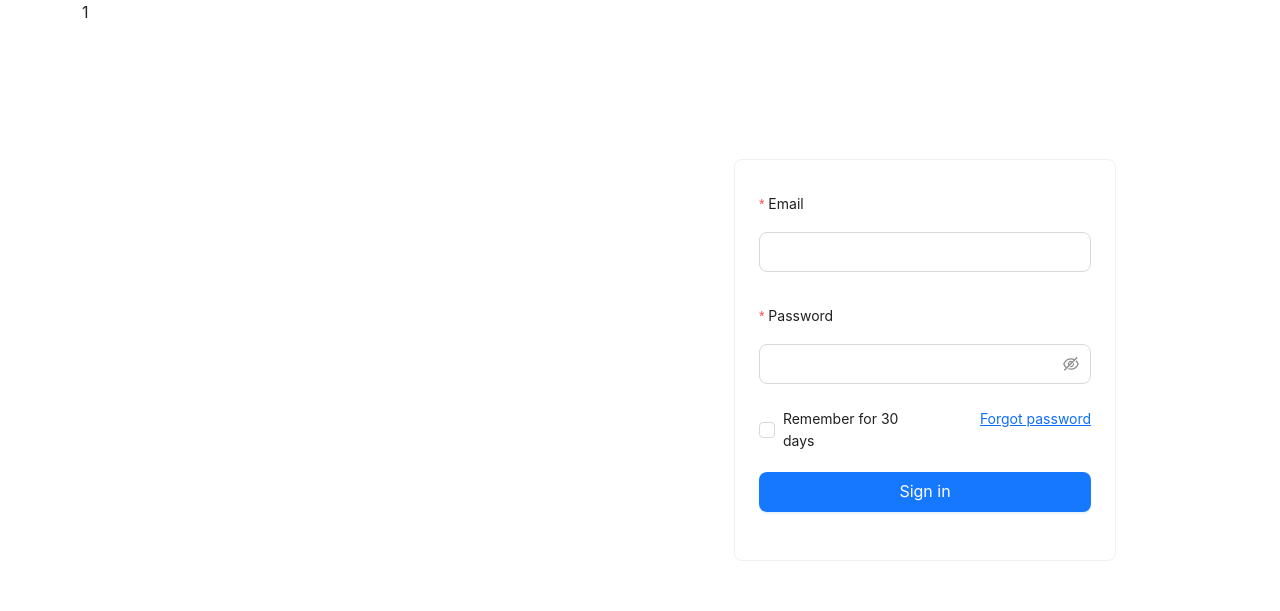
Repository: di-huynh-dev/kanban-inventory-management
Page: /
These files come from the project's save history. The page is drawn as it stood at one moment and after the next save; the edit follows.
The browser window is 1280 px wide. The pictures show the whole page.
The project was rebuilt for these pictures with package versions that can differ from the ones it lists, and the page was loaded fresh each time. Also part of the build but not shown: src/App.css, src/pages/auth/SignUp.tsx, src/routers/MainRouter.tsx.

Above is the page before, as saved 2024-09-07 12:15:09.

### public/index.html
<!DOCTYPE html>
<html lang="en">
  <head>
    <meta charset="utf-8" />
    <link rel="icon" href="%PUBLIC_URL%/favicon.ico" />
    <meta name="viewport" content="width=device-width, initial-scale=1" />
    <meta name="theme-color" content="#000000" />
    <meta
      name="description"
      content="Web site created using create-react-app"
    />
    <link rel="apple-touch-icon" href="%PUBLIC_URL%/logo192.png" />
    <link
      rel="stylesheet"
      href="https://cdn.jsdelivr.net/npm/bootstrap@5.3.2/dist/css/bootstrap.min.css"
      integrity="sha384-T3c6CoIi6uLrA9TneNEoa7RxnatzjcDSCmG1MXxSR1GAsXEV/Dwwykc2MPK8M2HN"
      crossorigin="anonymous"
    />
    <!--
      manifest.json provides metadata used when your web app is installed on a
      user's mobile device or desktop. See https://developers.google.com/web/fundamentals/web-app-manifest/
    -->
    <link rel="manifest" href="%PUBLIC_URL%/manifest.json" />
    <!--
      Notice the use of %PUBLIC_URL% in the tags above.
      It will be replaced with the URL of the `public` folder during the build.
      Only files inside the `public` folder can be referenced from the HTML.

      Unlike "/favicon.ico" or "favicon.ico", "%PUBLIC_URL%/favicon.ico" will
      work correctly both with client-side routing and a non-root public URL.
      Learn how to configure a non-root public URL by running `npm run build`.
    -->
    <title>React App</title>
  </head>
  <body>
    <noscript>You need to enable JavaScript to run this app.</noscript>
    <div id="root"></div>
    <!--
      This HTML file is a template.
      If you open it directly in the browser, you will see an empty page.

      You can add webfonts, meta tags, or analytics to this file.
      The build step will place the bundled scripts into the <body> tag.

      To begin the development, run `npm start` or `yarn start`.
      To create a production bundle, use `npm run build` or `yarn build`.
    -->
  </body>
</html>

### src/index.css
body {
  margin: 0;
  font-family: -apple-system, BlinkMacSystemFont, 'Segoe UI', 'Roboto', 'Oxygen', 'Ubuntu', 'Cantarell', 'Fira Sans',
    'Droid Sans', 'Helvetica Neue', sans-serif;
  -webkit-font-smoothing: antialiased;
  -moz-osx-font-smoothing: grayscale;
}

code {
  font-family: source-code-pro, Menlo, Monaco, Consolas, 'Courier New', monospace;
}

.content-center {
  height: 100vh;
  justify-content: center;
  align-items: center;
  display: flex;
}

.content-right {
  text-align: right;
}

### src/App.tsx
import './App.css'
import Routers from './routers/Routers'

function App() {
  return <Routers />
}

export default App

### src/routers/Routers.tsx
import AuthRouter from './AuthRouter'
import MainRouter from './MainRouter'

const Routers = () => {
  return 1 < 2 ? <AuthRouter></AuthRouter> : <MainRouter></MainRouter>
}

export default Routers

### src/routers/AuthRouter.tsx
import { createBrowserRouter, RouterProvider } from 'react-router-dom'
import { LoginPage, SignUpPage } from '../pages'

const authRouter = createBrowserRouter([
  {
    path: '/',
    element: <LoginPage></LoginPage>,
  },
  {
    path: '/sign-up',
    element: <SignUpPage></SignUpPage>,
  },
])
const AuthRouter = () => {
  return (
    <div className="container">
      <div className="row">
        <div className="col">1</div>
        <div className="col content-center">
          <RouterProvider router={authRouter} />
        </div>
      </div>
    </div>
  )
}

export default AuthRouter

### src/pages/index.ts
import LoginPage from './auth/Login'
import SignUpPage from './auth/SignUp'

export { LoginPage, SignUpPage }

### src/pages/auth/Login.tsx
import type { FormProps } from 'antd'
import { Button, Card, Checkbox, Flex, Form, Input } from 'antd'
import { useState } from 'react'
import { Link } from 'react-router-dom'

type FieldType = {
  email?: string
  password?: string
  remember?: string
}

const LoginPage = () => {
  const [isLoading, setIsLoading] = useState(false)
  const [isRemember, setIsRemember] = useState(false)

  const onFinish: FormProps<FieldType>['onFinish'] = (values) => {
    console.log('Success:', values)
  }

  return (
    <>
      <Card
        style={{
          width: '70%',
        }}
      >
        <Form
          layout="vertical"
          initialValues={{ remember: true }}
          onFinish={onFinish}
          disabled={isLoading}
          size="large"
        >
          <Form.Item<FieldType> label="Email" name="email" rules={[{ required: true, message: 'Enter your email!' }]}>
            <Input allowClear maxLength={100} type="email" />
          </Form.Item>

          <Form.Item<FieldType>
            label="Password"
            name="password"
            rules={[{ required: true, message: 'Enter your password!' }]}
          >
            <Input.Password />
          </Form.Item>

          <div className="row">
            <div className="col">
              <Checkbox checked={isRemember} onChange={(val) => setIsRemember(val.target.checked)}>
                Remember for 30 days
              </Checkbox>
            </div>
            <div className="col" style={{ textAlign: 'right' }}>
              <Link to={'/'}>Forgot password</Link>
            </div>
          </div>

          <Form.Item style={{ marginTop: 20 }}>
            <Button type="primary" loading={isLoading} size="large" htmlType="submit" style={{ width: '100%' }}>
              Sign in
            </Button>
          </Form.Item>
        </Form>
      </Card>
    </>
  )
}

export default LoginPage

Loaded but not shown: src/index.tsx (common file); src/reportWebVitals.ts (common file)

After the next save:
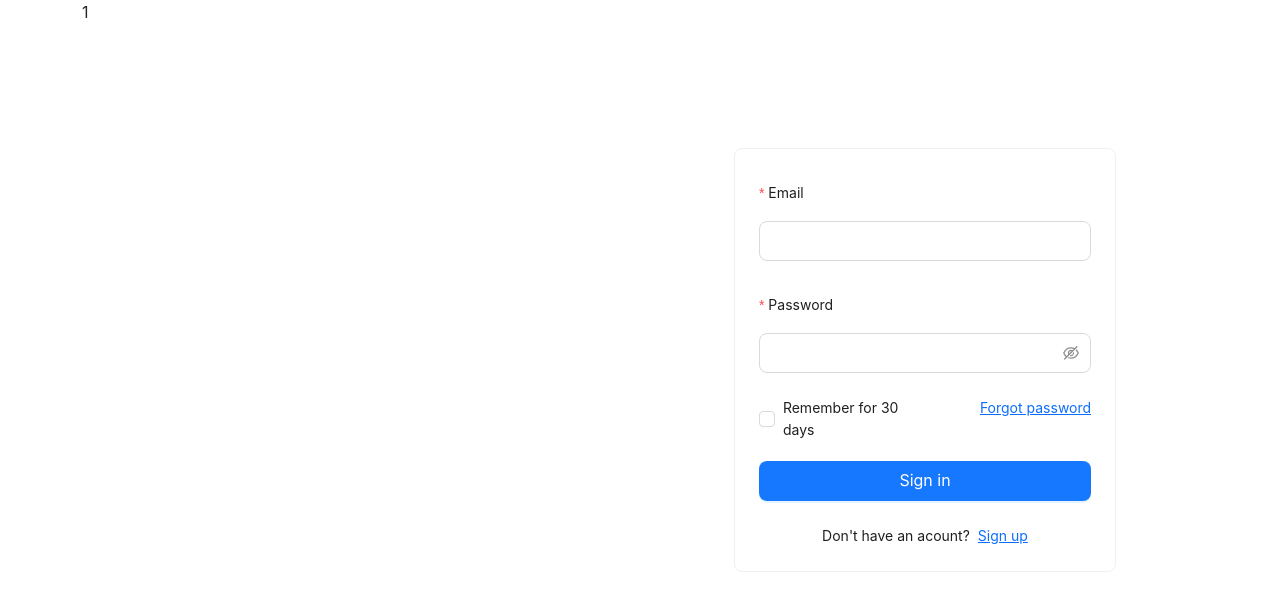
Saved 5 min 33 s later.
--- a/src/pages/auth/Login.tsx
+++ b/src/pages/auth/Login.tsx
@@ -1,5 +1,5 @@
 import type { FormProps } from 'antd'
-import { Button, Card, Checkbox, Flex, Form, Input } from 'antd'
+import { Button, Card, Checkbox, Flex, Form, Input, Space, Typography } from 'antd'
 import { useState } from 'react'
 import { Link } from 'react-router-dom'
 
@@ -8,6 +8,8 @@ type FieldType = {
   password?: string
   remember?: string
 }
+
+const { Title, Paragraph, Text } = Typography
 
 const LoginPage = () => {
   const [isLoading, setIsLoading] = useState(false)
@@ -60,6 +62,12 @@ const LoginPage = () => {
             </Button>
           </Form.Item>
         </Form>
+        <div className="mt-3 text-center">
+          <Space>
+            <Text>Don't have an acount? </Text>
+            <Link to={'/sign-up'}>Sign up</Link>
+          </Space>
+        </div>
       </Card>
     </>
   )
